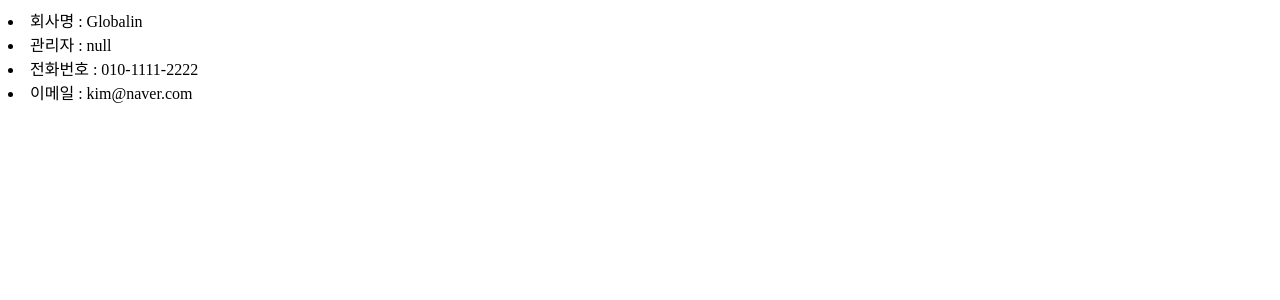
Repository: sgnq008-tech/JSP
Page: http://localhost/WebProject/InitParam
An editor plug-in stored every save of this project. The page is shown before and after the next save, followed by the edit.
The browser window is 1280 px wide. The pictures show the whole page.
The page is served by Tomcat 9.

Above is the page before, as saved 2026-09-08 03:40:58.

After the next save:
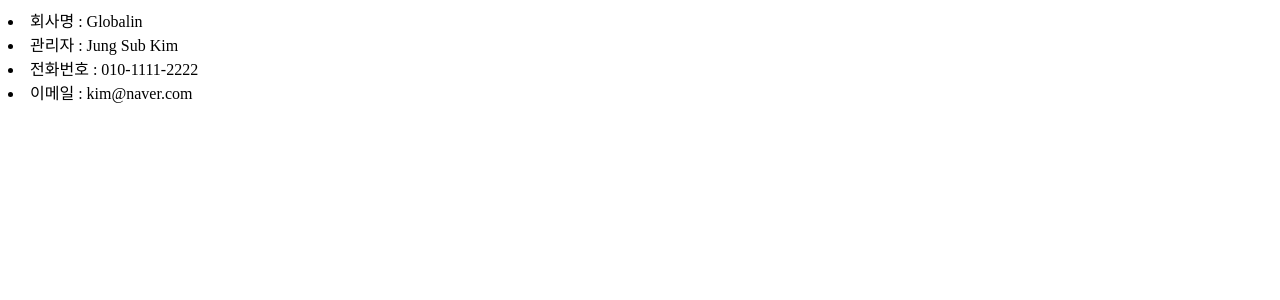
Saved 19 s later.
--- a/jsp_workspace/WebProject/src/main/java/com/sample/InitParam.java
+++ b/jsp_workspace/WebProject/src/main/java/com/sample/InitParam.java
@@ -38,7 +38,7 @@
 		// ServletContext의 초기 파라미터 값을 얻기
 
 		company = getServletContext().getInitParameter("company");
-		manager = getServletContext().getInitParameter("manger");
+		manager = getServletContext().getInitParameter("manager");
 
 		// ServletConifg의 초기 파라미터 값을 얻기
 		tel = getServletConfig().getInitParameter("tel");
